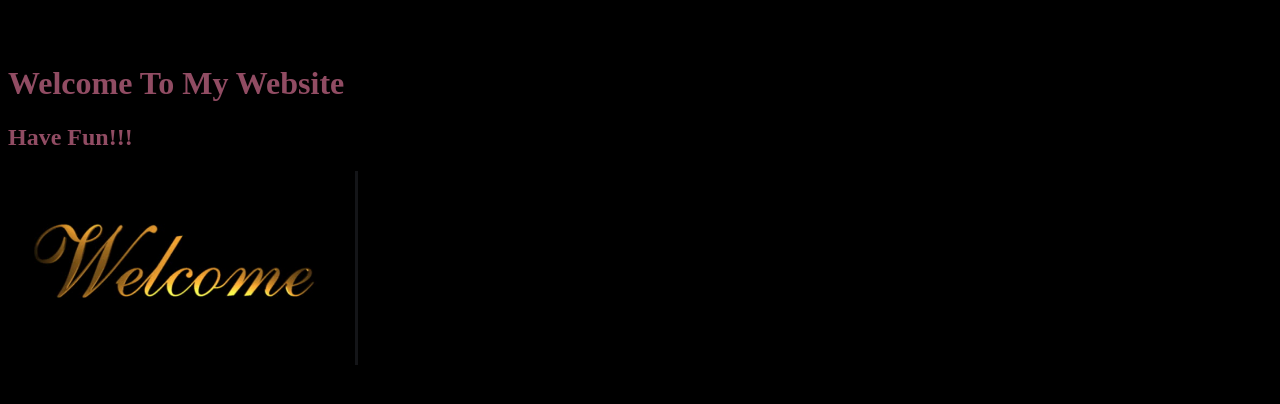
Repository: RyanGutierrez/RyanGutierrez.github.io
Page: index.html
The author's editor kept a record of every edit. The page is drawn from the files as they stood at one moment, then again after the next edit.
The browser window is 1280 px wide. The pictures show the whole page.

Above is the page before.

After the next edit:
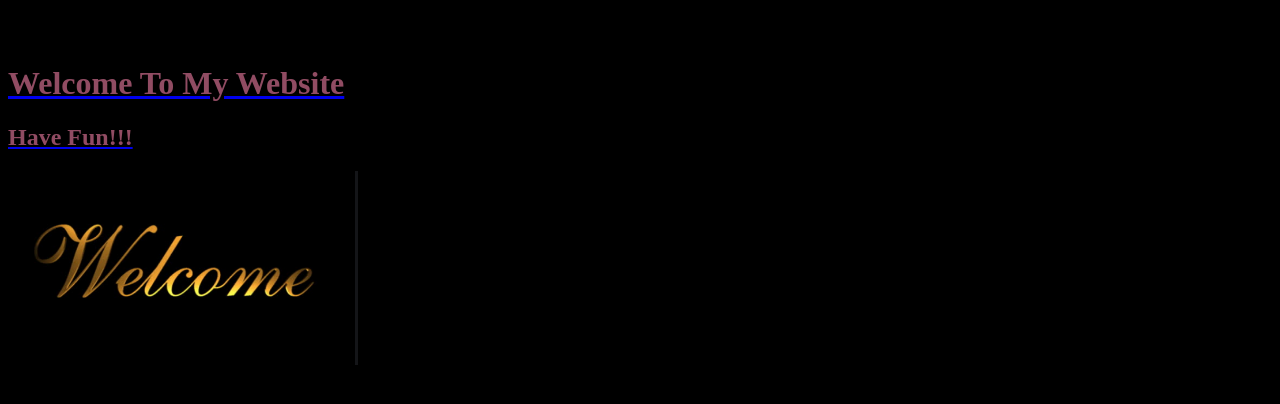
The edit:
--- a/index.html
+++ b/index.html
@@ -17,8 +17,8 @@
 </head>
 <body>
 
-    <li><a>About Me</a></li>
-    <li><a>Portfolio</a></li>
+    <li><a href="about.html"</a></li>
+    <li><a href="portfolio.html"</a></li>
     <h1>Welcome To My Website</h1>
     <h2>Have Fun!!!</h2>
     <img src="welcome.yeet.PNG" alt=welcome width=350px
